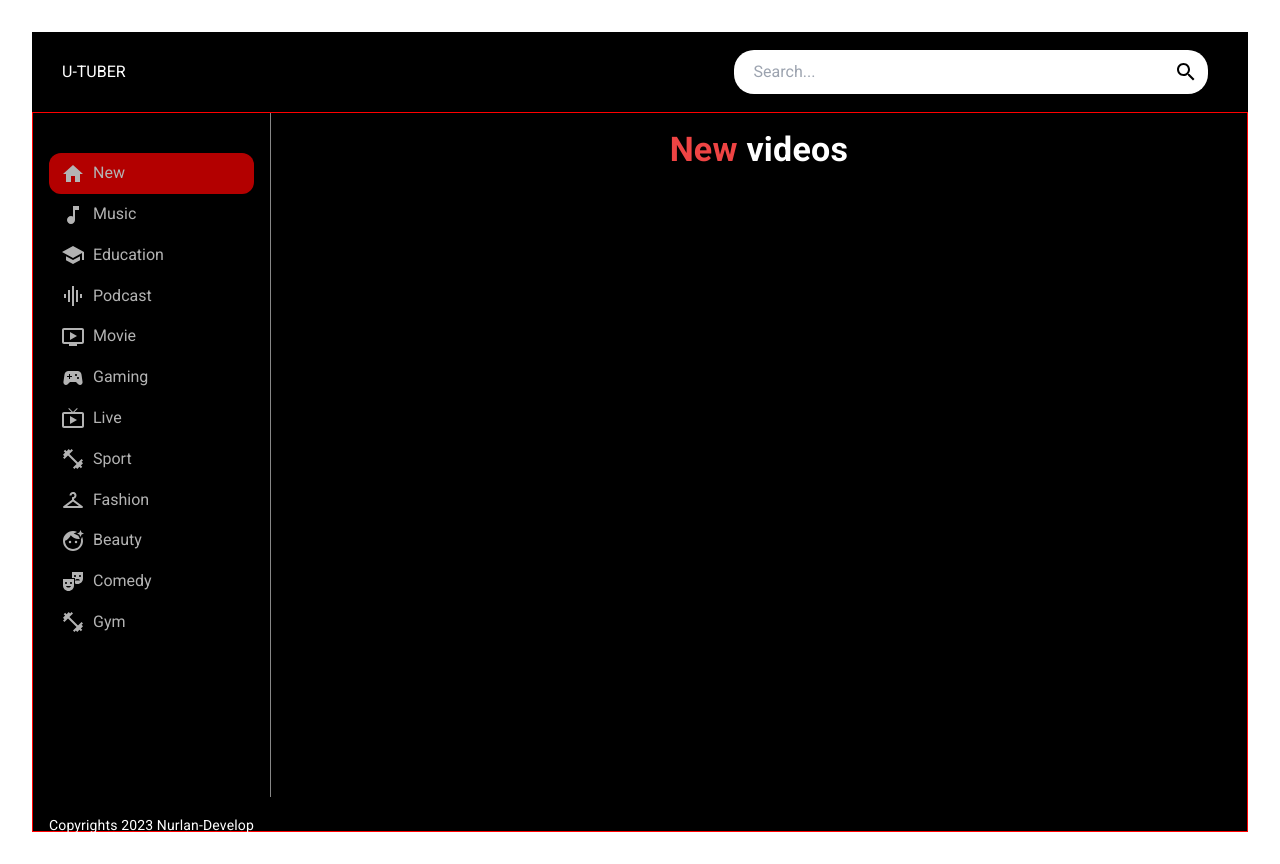
Repository: Nurlan-Bakenbaev/YoutubeClone
Page: /
These files come from the project's save history. The page is drawn as it stood at one moment and after the next save; the edit follows.
The browser window is 1280 px wide. The pictures show the whole page.
The page's requests for data from a server got no answer. The project was rebuilt for these pictures with package versions that can differ from the ones it lists, and the page was loaded fresh each time. No one was signed in, and anything a server would have sent is missing. Also part of the build but not shown: vite.config.js, src/components/VideoCard.jsx, src/components/ChannelCard.jsx, src/components/VideoDetails.jsx, src/components/SearchFeed.jsx, src/components/ChannelDetails.jsx.

Above is the page before, as saved 2023-09-08 15:35:28.

After the next save:
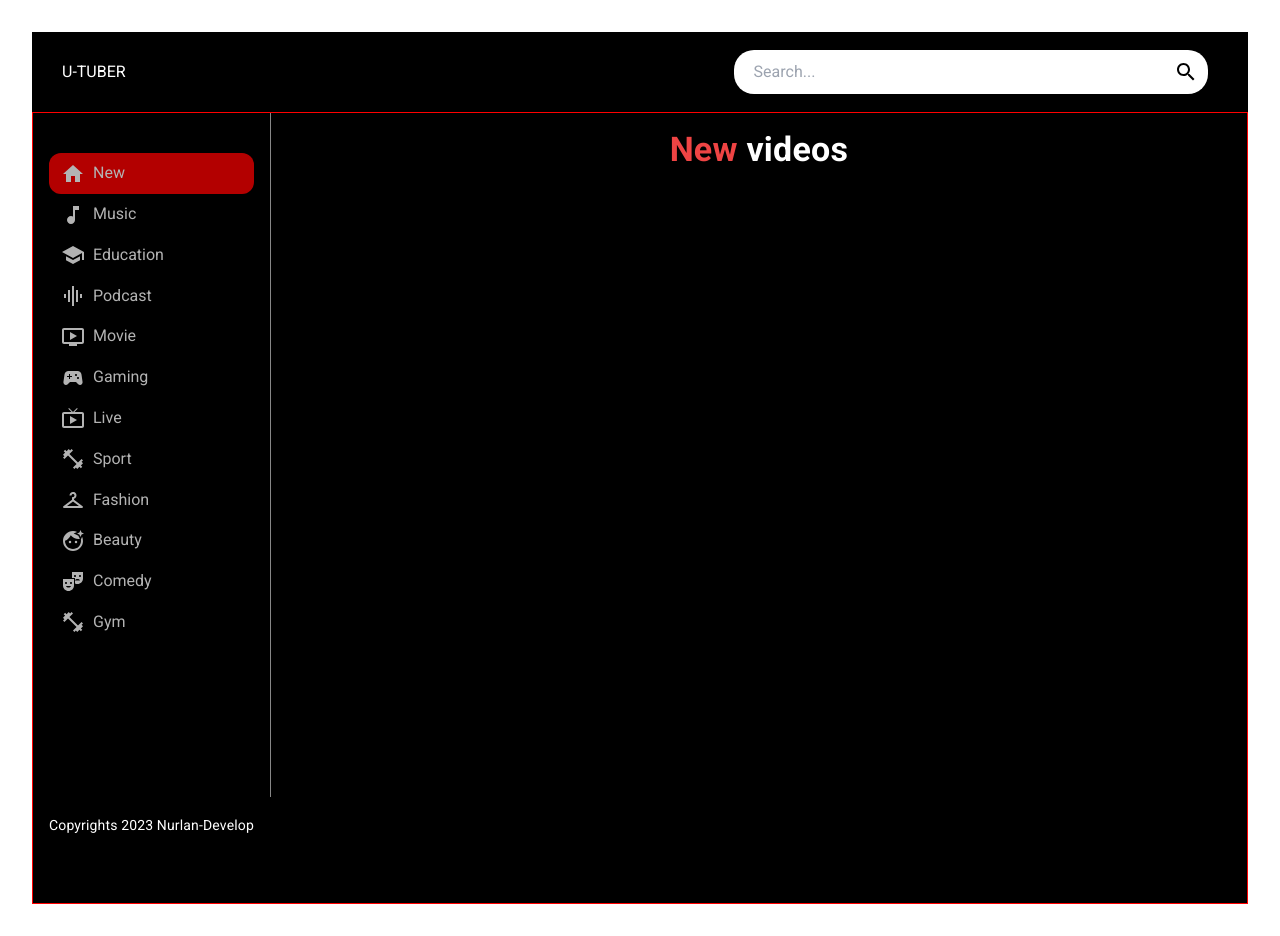
Saved 5 s later.
--- a/src/components/Feed.jsx
+++ b/src/components/Feed.jsx
@@ -13,7 +13,7 @@ const Feed = () => {
   }, [selectedCategory]);
 
   return (
-    <Stack sx={{ flexDirection: { sx: "column", md: "row" }, border:'1px solid red',height:'100vh' }}>
+    <Stack sx={{ flexDirection: { sx: "column", md: "row" }, border:'1px solid red',height:'110vh' }}>
       <Box
         sx={{
           height: { sx: "auto", md: "95vh" },
